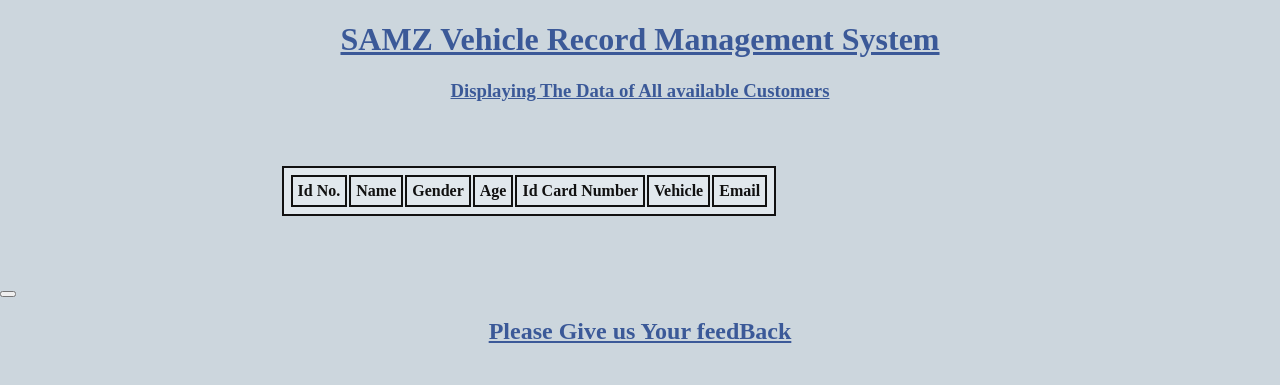
Repository: MUHAMMAD-SAQIB-2000/SpringBoot
Page: http://localhost/WebServiceRecordManagementSystem/CustomerList.jsp
The author's editor kept a copy of each file at every save. The page is drawn from the files as they stood at one save, then again after the next save.
The browser window is 1280 px wide. The pictures show the whole page.
The page is served by Tomcat 9. The template is opened directly, without the code that normally fills it, so the values that code supplies are empty.

Above is the page before, as saved 2020-08-11 19:22:38.

After the next save:
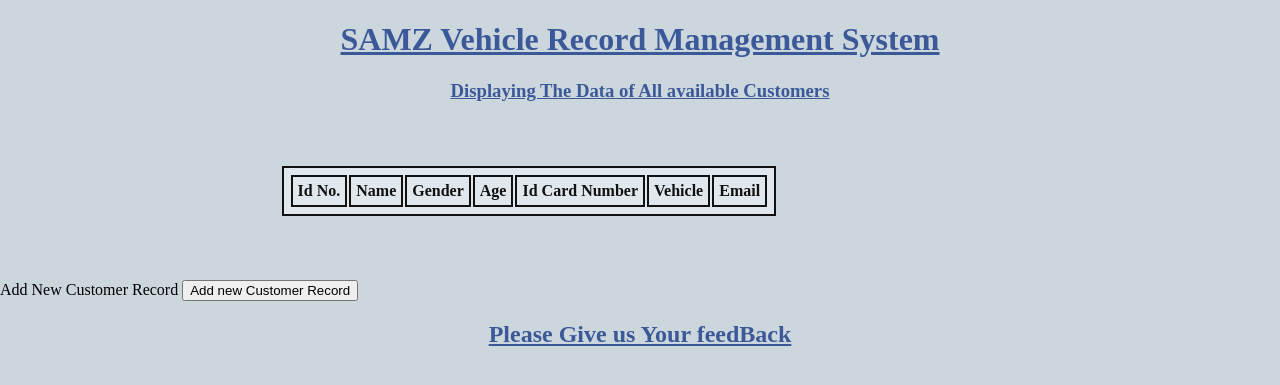
Saved 47 s later.
--- a/WebServiceRecordManagementSystem/src/main/webapp/CustomerList.jsp
+++ b/WebServiceRecordManagementSystem/src/main/webapp/CustomerList.jsp
@@ -65,7 +65,7 @@ table, th, td {
 			</tbody>
 		</table>
 	</div>
-	<button onclick="window.location.href = 'addCustomerForm' "></button>
+	<label>Add New Customer Record</label> <button onclick="window.location.href = 'addCustomerForm' ">Add new Customer Record</button>
 	</main>
 	<footer>
 		<h2 class="h">Please Give us Your feedBack</h2>
